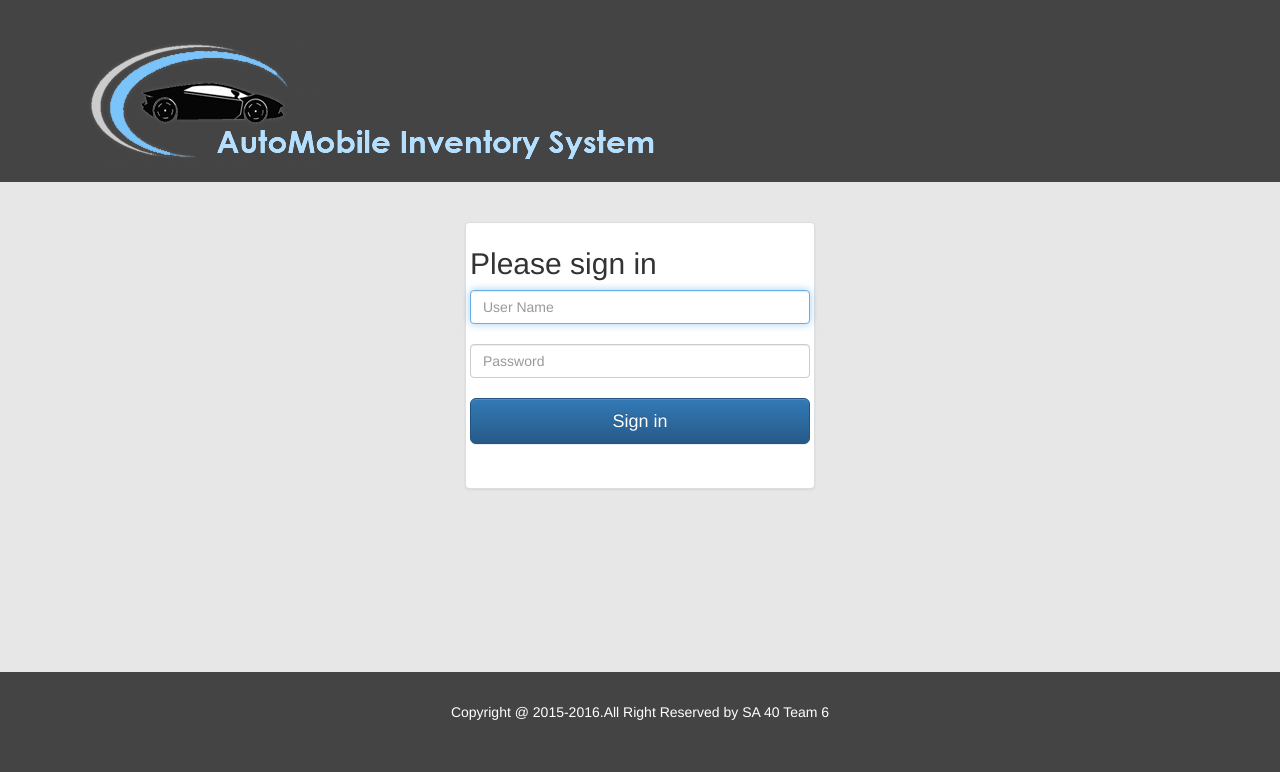
Repository: JiorMajor/InventorySystemWorkspace
Page: http://localhost/InventoryWebSA40Team6/
An editor plug-in stored every save of this project. The page is shown before and after the next save, followed by the edit.
The browser window is 1280 px wide. The pictures show the whole page.
The page is served by Tomcat 9. Other server files are loaded and not shown. The template is opened directly, without the code that normally fills it, so the values that code supplies are empty.

Above is the page before, as saved 2015-06-12 17:43:08.

### InventoryWebSA40Team6/WebContent/index.jsp
<?xml version="1.0" encoding="UTF-8" ?>
<%@ taglib uri="http://www.opensymphony.com/sitemesh/decorator"
	prefix="decorator"%>
<%@ taglib prefix="c" uri="http://java.sun.com/jsp/jstl/core"%>
<html xmlns="http://www.w3.org/1999/xhtml">
<head>

<meta charset="utf-8">
<meta http-equiv="X-UA-Compatible" content="IE=edge">
<meta name="viewport" content="width=device-width, initial-scale=1">
<title>SitemeshDemo</title>
<!-- Bootstrap -->
<link href="bootstrap/css/bootstrap.min.css" type="text/css" rel="stylesheet" />
<link href="bootstrap/css/bootstrap-theme.min.css" type="text/css" rel="stylesheet" />
<link href="bootstrap/css/style.css" type="text/css" rel="stylesheet" />
<script type="text/javascript" src="bootstrap/js/jquery-1.11.3.min.js"></script>
<script type="text/javascript" src="bootstrap/js/bootstrap.min.js"></script>
<script type="text/javascript" src="bootstrap/js/modal.js"></script>
</head>
<body>
	<div class="header">
		<div class="container">
			<div class="row ">
				<div class="col-lg-12">
					<a href="#"><img src='images/3.png'></a>
				</div>
			</div>
		</div>
	</div><!-- End header -->

	<div class="container" style="height:490px">
	<div class="row">
	<div class="col-md-12 col-sm-12 col-xs-12" >
	<br><br>
	</div>
	</div>
	  <div class="row">
	  <div class="container">
	  <div class="col-md-4 col-sm-4 col-xs-4"></div>
	  <div class="col-md-4 col-sm-4 col-xs-4">
	  <div class="thumbnail">
	  <div class="col-md-1"></div>
      <form class="form-signin" action="/InventoryWebSA40Team6/ValidateLogin" method=post>
        <h2 class="form-signin-heading">Please sign in</h2>
		<c:if test="${flag==\"false\"}">
			<h3 style="color:red">Login unsuccessful!</h3>
		</c:if>
        <label for="inputEmail" class="sr-only">Email address</label>
        <input type="text" id="inputEmail" class="form-control" placeholder="User Name" name="name" required autofocus>
        <br>
        <label for="inputPassword" class="sr-only">Password</label>
        <input type="password" id="inputPassword" class="form-control" placeholder="Password" name="password" required>
        <br>
        <button class="btn btn-lg btn-primary btn-block" type="submit">Sign in</button>
        <br><br>
      </form>
     	</div>
      <div class="col-md-4"></div>
      </div>
      </div>
      </div>
    </div> <!-- /container -->

		<div class="footer">
	<div class="container">
			<div class="row">
				<div class="col-lg-12">
					<center><p>Copyright @ 2015-2016.All Right Reserved by SA 40 Team 6</p></center>
				</div>
			</div>
		</div>

	</div>
</body>
</html>

### InventoryWebSA40Team6/WebContent/bootstrap/css/style.css
@CHARSET "UTF-8";
*{
	margin:0 auto;
	padding:0 auto;
}
body{
	background:#e7e7e7;
}

.header{
	padding:30px 0 ;
	border:1px solid #ccc;
    padding: 10px 0;
    width: 100%;
    background:#444;
    border:0;
    margin:0;

}
.header img{border:0;}
.menu{
	background: #ccc;
	box-shadow:2px -1px 13px #333;

}
.footer{
	background:#444;
	padding:30px 0;
	width:100%;
	height:100px;
}
p{
	color:#fff;
}
img{
	border:1px solid #ccc;
}
.main{
	padding-top:30px;
	padding-bottom:30px;
}
.main p{
	color:#333;
}
.navbar-default{
	color:none;
	border:none;
	box-shadow:none;
}
.navbar{margin-bottom:0;}
.navbar-header{
	background:none;
	color:#fff;
}
a.navbar-brand{
	color:none;
	padding-left:0;
	padding-right: 70px;
}
.navbar-default{
	background:none;
	padding:0;
}
.navbar-default .navbar-brand{color:#444;}

h1{padding-bottom:30px;}*/

select{
	width:100%;
	padding-top:10px;
	padding-bottom:4px;

}
/*
table{
	width:100%;

}

table tr td{
	border:1px solid #ccc;
	padding:5px;
	text-algin:center;

}
table form input{
	width:50%;
}
table tr td input{
	margin:5px;

}

table tr.title{
	font-weight: bold;
	font-size:16px;

}*/

.button{
	margin-top:20px;
	float:right;
}
hr{border-color:rgb(204,204,204);}

.imp{
	color:red;
	font-weight: bold;
	font-size:16px;
}
h4.success{
	color:green;
	background:#f0f0f0;
	border:1px solid #ccc;
	padding:10px;
	margin:0 0 35px;
}

.navbar-default .navbar-nav > li > a{
	color: #333;
    font-size: 15px;

}

.navbar-default .navbar-nav > li > a:focus, .navbar-default .navbar-nav > li > a:hover{
	background: rgb(231,231,231);
}
.dropdown-menu{
	padding-top:0;

}
.dropdown-menu .divider{
	margin:0 0;
	border-bottom: 1px dashed;
	background-color: #ccc;
    height: 0;
}
.dropdown-menu > li > a{
	padding-top:10px;
	padding-bottom:10px;
	color:#ccc;
}
.dropdown-menu{
	background-color: #595959;
	opacity:0.4%;
}
.alert-danger{
	float:left;
	margin-bottom:20px;
	width:100%;
}

.cus{
	margin:20px 0;
}
.navbar-nav .open .dropdown-menu{
	background-color: #ccc;
}
#bs-example-navbar-collapse-1 > ul> li>ul .navbar-nav .open .dropdown-menu {
	background: #ccc;
}

#bs-example-navbar-collapse-1 > ul > li > ul.dropdown-menu{
	background-color:#595959;
	opacity:0.4%;
}
#bs-example-navbar-collapse-1 > ul > li > ul > li> a{
	color:#ccc;
}
#bs-example-navbar-collapse-1 > ul > li > ul > li> a:hover{
	background: rgb(231,231,231);
	color:#333;
}

### InventoryWebSA40Team6/WebContent/bootstrap/js/modal.js
/**
 *
 */
$('#myModal').on('shown.bs.modal', function () {
  $('#myInput').focus()
})

Loaded but not shown: InventoryWebSA40Team6/WebContent/bootstrap/css/bootstrap.min.css (library); InventoryWebSA40Team6/WebContent/bootstrap/css/bootstrap-theme.min.css (library); InventoryWebSA40Team6/WebContent/bootstrap/js/jquery-1.11.3.min.js (library); InventoryWebSA40Team6/WebContent/bootstrap/js/bootstrap.min.js (library)

After the next save:
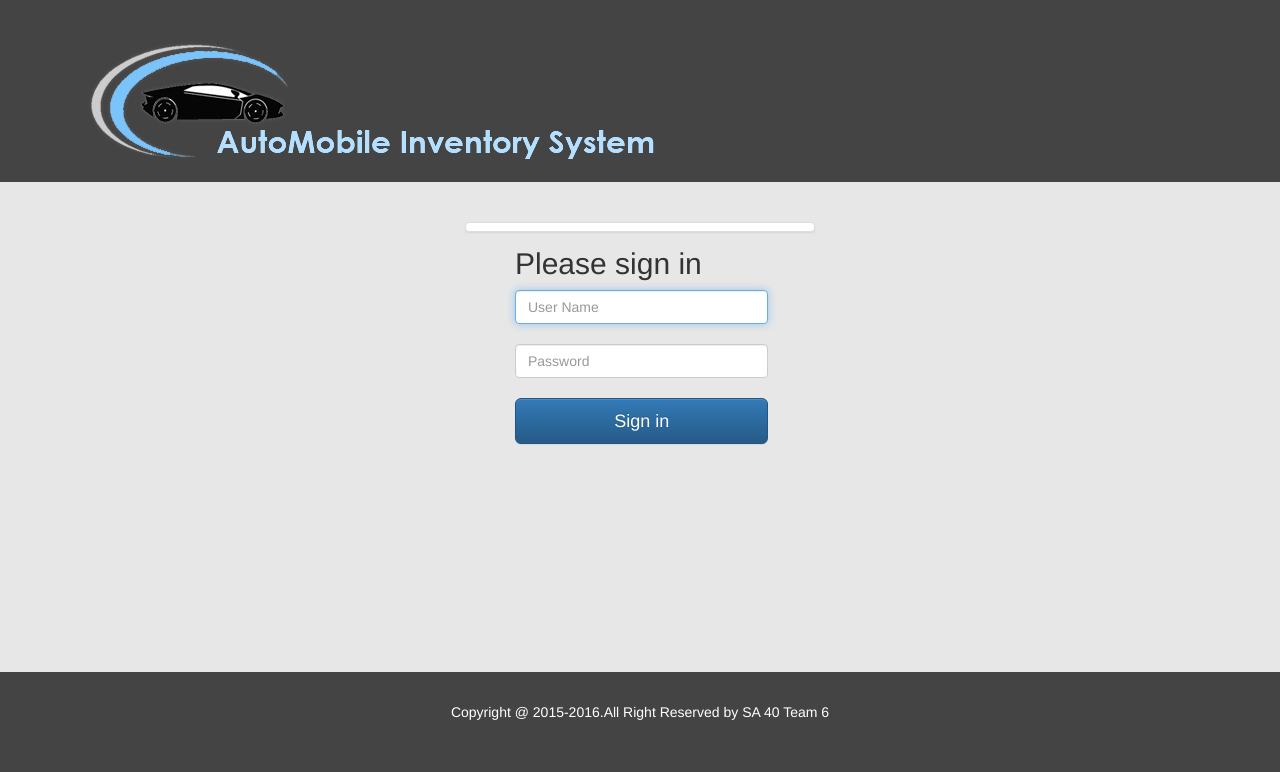
Saved 25 s later.
--- a/InventoryWebSA40Team6/WebContent/index.jsp
+++ b/InventoryWebSA40Team6/WebContent/index.jsp
@@ -40,6 +40,7 @@
 	  <div class="col-md-4 col-sm-4 col-xs-4">
 	  <div class="thumbnail">
 	  <div class="col-md-1"></div>
+	  <div class="col-md-10">
       <form class="form-signin" action="/InventoryWebSA40Team6/ValidateLogin" method=post>
         <h2 class="form-signin-heading">Please sign in</h2>
 		<c:if test="${flag==\"false\"}">
@@ -54,6 +55,8 @@
         <button class="btn btn-lg btn-primary btn-block" type="submit">Sign in</button>
         <br><br>
       </form>
+      </div>
+      <div class="col-md-1"></div>
      	</div>
       <div class="col-md-4"></div>
       </div>
